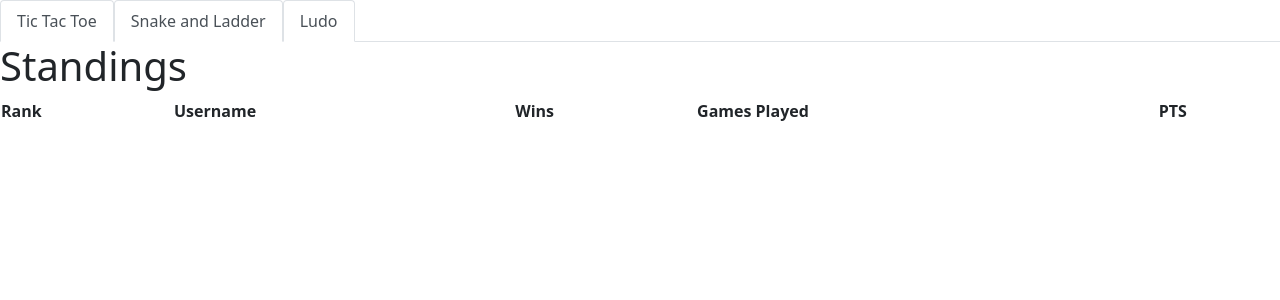
Repository: AmalSN/FFSD_Grp42
Page: Project/views/Leaderboard.html
The author's editor kept a copy of each file at every save. The page is drawn from the files as they stood at one save, then again after the next save.
The browser window is 1280 px wide. The pictures show the whole page.

Above is the page before, as saved 2023-04-02 23:53:42.

### Project/views/Leaderboard.html

<!DOCTYPE html>
<html lang="en" >
<head>
  <meta charset="UTF-8">
  <link rel="stylesheet" href="/Leaderboard.css">
  <link href="https://cdn.jsdelivr.net/npm/bootstrap@5.1.3/dist/css/bootstrap.min.css" rel="stylesheet" integrity="sha384-1BmE4kWBq78iYhFldvKuhfTAU6auU8tT94WrHftjDbrCEXSU1oBoqyl2QvZ6jIW3" crossorigin="anonymous">
  <title>Your Stats</title>
<ul class="nav nav-tabs">
  <li class="nav-item">
    <a class="nav-link active" aria-current="page" href="/leaderboard/tic-tac-toe">Tic Tac Toe</a>
  </li>
  <li class="nav-item">
    <a class="nav-link active" href="/leaderboard/snake-ladder">Snake and Ladder</a>
    <div id="Tic Tac Toe" class="tabcontent"></div>
  </li>
  <li class="nav-item">
    <a class="nav-link active" href="/leaderboard/ludo">Ludo</a>
  </li>
</ul>
  <!--<script>
  window.console = window.console || function(t) {};
</script>
  <script>
  if (document.location.search.match(/type=embed/gi)) {
    window.parent.postMessage("resize", "*");
  }
</script>-->
</head>

<body translate="no" >
  <div class="container-wrap">
	<section id="leaderboard">
		<nav class="ladder-nav">
			<div class="ladder-title">
			<h1>Standings</h1>
		</nav>
		<table id="rankings" class="leaderboard-results" width="100%">
			<thead>
				<tr>
					<th>Rank</th>
					<th>Username</th>
					<th> Wins</th>
					<th></th>
					<th></th>
          <th>Games Played</th>
					<th>PTS</th>
				</tr>
			</thead>
			<tbody>
			</tbody>
		</table>
	</section>
</body>
</html>

### Project/public/leaderboard.css
/* fonts */
@import url('https://fonts.googleapis.com/css2?family=Poppins:wght@500&display=swap');
/* common styles or utilities*/
body{
    font-family: 'Poppins', sans-serif;
    background-color: #f3f1ff;
}
main{
    display: flex;
    flex-direction: column;
    align-items: center;
    /* justify-content: center; */
}
.container{
    background-color: #ffffff;
    width: 878px;
    padding: 34px;
    margin-top: 21px;
    border-radius: 7px;
}
.top-players{
    margin-bottom: 30px;
}
hr{
    border: 1px solid #d1d1d1;
    margin-bottom: 27px;
}
/* top players style */
.section-title{
    color: #562eff;
    font-size: 24px;
    margin-top: 2px;
}
.players{
    display: grid;
    /* grid-template-columns: repeat(1fr, 1fr, 1fr); */
    grid-template-columns: repeat(3, 1fr);
    row-gap: 30px;
}
.player{
    display: flex;
    align-items: center;
}
.player img{
    height: 58px;
    width: 58px;
}
.player-name{
    margin-left: 17px;
    font-size: 18px;
}
/* -----------
top blog Styles
---------------- */
.blogs{
    display: grid;
    grid-template-columns: repeat(2, 1fr);
    row-gap: 25px;
}
.blog{
    display: flex;
}
.blog img{
    height: 120px;
    width: 178px;
}
.blog-info{
    margin-left: 17px;
}
.blog-title{
    font-size: 20px;
}
.blog-author{
    color: #9f9f9f;
    font-size: 15px;
}
.blog-author a{
    text-decoration: none;
    font-size: 15px;
    color: #562eff;
}
/*----------------------
    courses Style
------------------------ */
.courses{
    display: grid;
    grid-template-columns: repeat(3, 1fr);
    column-gap: 50px;/*Change-------*/
}
.course-banner img{
    width: 258px;
    height: 109px;
}
.course-ratings{
    display: flex;
    align-items: center;
    justify-content: space-between;
}
.fa-star{
    font-size: 12px;
}
.fa-star.filled{
    color: #ffc014;
}
.fa-star.empty{
    color: #aeaeae;
}
/* ---------------
    Media Queries
------------------*/
/* Mobile Devices */
@media only screen and (max-width: 687px) {
    .container{
        width: 100%;
    }
    .players, .blogs, .courses{
        background-color: #7fffd4;
        grid-template-columns: repeat(1, 1fr);
    }
    .player, .blog{
        flex-direction: column;
    }
}
/* tablet deevices */
@media only screen and (min-width: 688px) and (max-width: 992px) {
    .container{
        width: 100%;
    }
    .players, .courses{
        background-color: #7fb6ff;
        grid-template-columns: repeat(2, 1fr);
    }
    .blogs{
        grid-template-columns: repeat(1, 1fr);
        /* flex-direction: column; */
    }
}

After the next save:
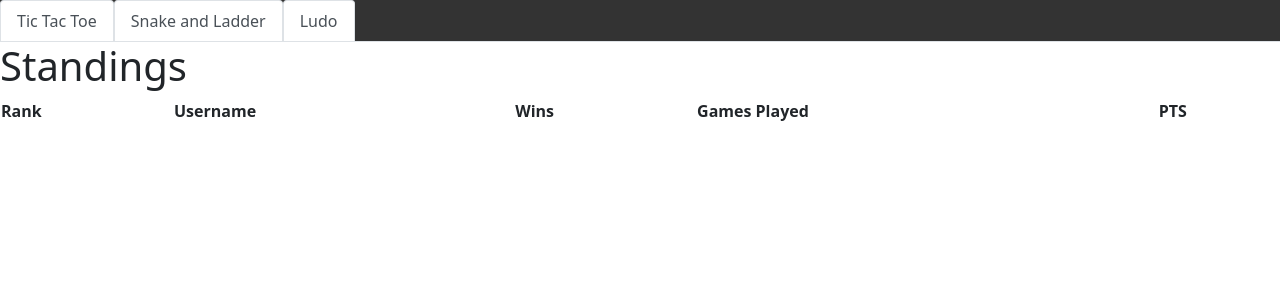
Saved 65 min 37 s later.
--- a/Project/public/leaderboard.css
+++ b/Project/public/leaderboard.css
@@ -5,6 +5,31 @@
     font-family: 'Poppins', sans-serif;
     background-color: #f3f1ff;
 }
+/* ------------------------------------------- */
+ul {
+    list-style-type: none;
+    margin: 0;
+    padding: 0;
+    overflow: hidden;
+    background-color: #333;
+  }
+
+  li {
+    float: left;
+  }
+
+  li a {
+    display: block;
+    color: white;
+    text-align: center;
+    padding: 14px 16px;
+    text-decoration: none;
+  }
+
+  li a:hover {
+    background-color: #111;
+  }
+/* --------------------------------------------------- */
 main{
     display: flex;
     flex-direction: column;

After the save that followed:
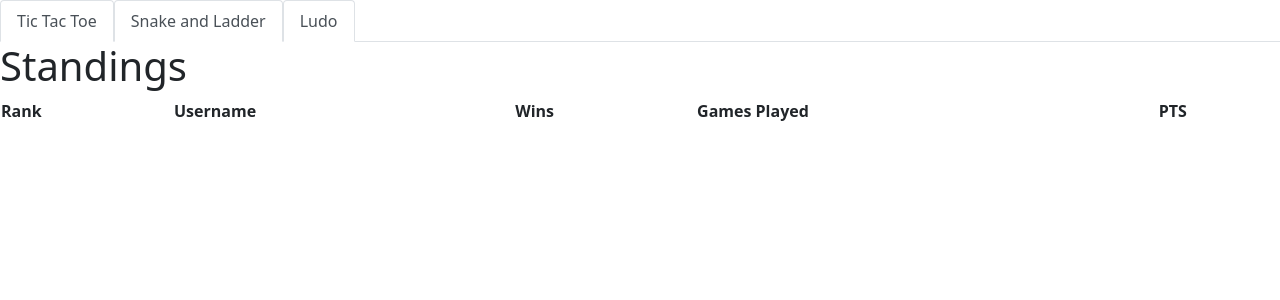
Saved 2 min 9 s later.
--- a/Project/public/leaderboard.css
+++ b/Project/public/leaderboard.css
@@ -6,7 +6,7 @@
     background-color: #f3f1ff;
 }
 /* ------------------------------------------- */
-ul {
+header ul {
     list-style-type: none;
     margin: 0;
     padding: 0;
